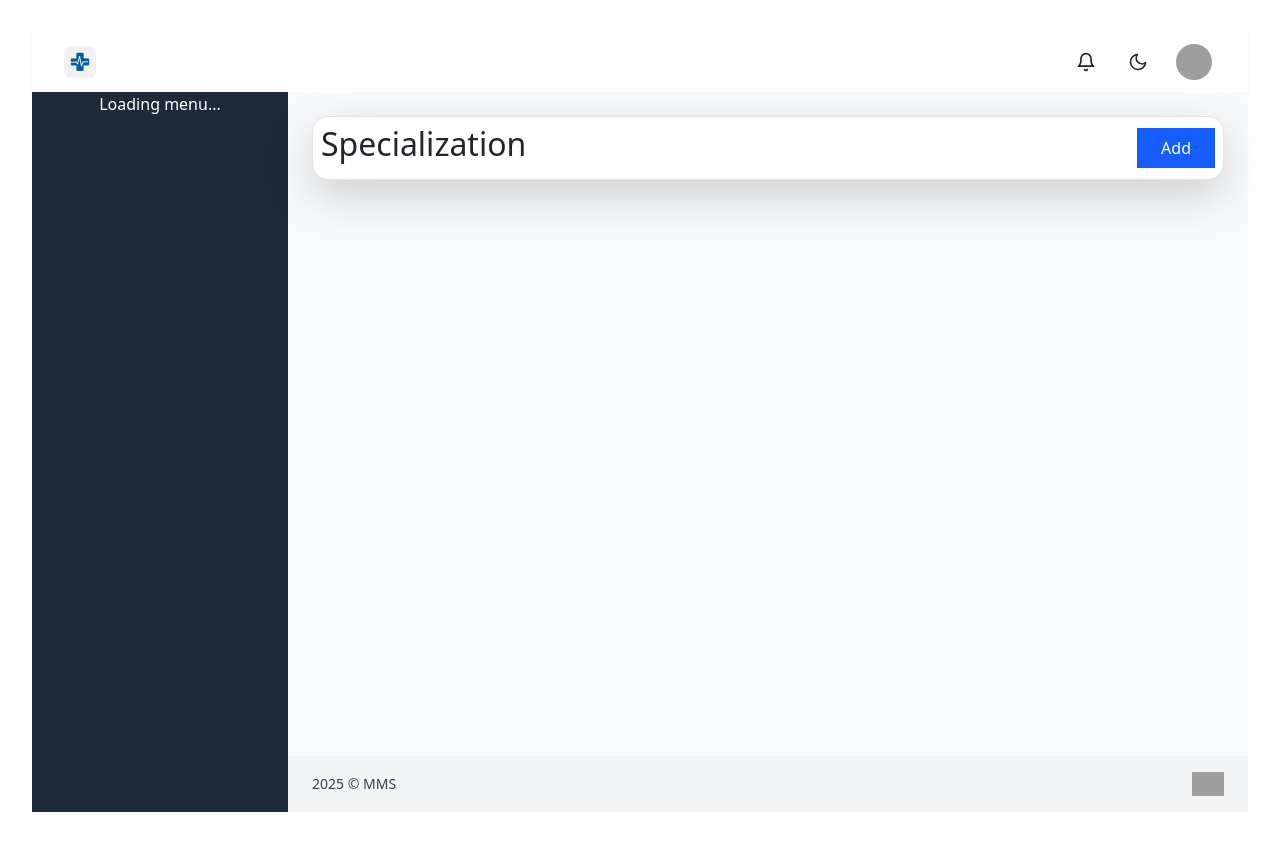
Repository: Giri1103r/Medical_Management_System
Page: /specialization/add (app in my-app/)
An editor plug-in stored every save of this project. The page is shown before and after the next save, followed by the edit.
The browser window is 1280 px wide. The pictures show the whole page.
Pictures or frames that could not be fetched are drawn as grey boxes. The page's requests for data from a server got no answer. The project was rebuilt for these pictures with package versions that can differ from the ones it lists, and the page was loaded fresh each time. No one was signed in, and anything a server would have sent is missing. Also part of the build but not shown: my-app/vite.config.js, my-app/src/Register.jsx, my-app/src/Home.jsx, my-app/src/Login.jsx, my-app/src/layouts/Partial/side_bar.jsx, my-app/src/Dashboard.jsx, my-app/src/api.jsx, my-app/src/Profile.jsx and 2 more.

Above is the page before, as saved 2025-09-19 10:05:03.

### my-app/index.html
<!doctype html>
<html lang="en">
  <head>
    <meta charset="UTF-8" />
    <link rel="icon" type="image/svg+xml" href="" />
    <meta name="viewport" content="width=device-width, initial-scale=1.0" />
  <title>%VITE_APP_NAME%</title>
  </head>
  <body>
    <div id="root"></div>
    <script type="module" src="/src/main.jsx"></script>
  </body>
</html>

### my-app/src/App.jsx
import { BrowserRouter as Router, Routes, Route, NavLink } from "react-router-dom";
import './App.css';
import Register from "./Register";
import Home from "./Home";
import Login from "./Login";
import Dashboard from "./Dashboard";
import Profile from "./Profile";
import { UserProvider } from "./context/UserContext";
import { MasterdataProvider } from "./context/MasterdataContext";
import Leftmenuadd from "./admin/leftmenu/Leftmenuadd";
import SpecializationAdd from "./admin/specialization/SpecializationAdd";
import SpecializationList from "./admin/specialization/SpecializationList";





function App() {
  return (
    <UserProvider>
      <MasterdataProvider>

          <Router>

            <div className="">
              <Routes>

                <Route path="/register" element={<Register />} />
                <Route path="/" element={<Login />} />
                <Route path="/dashboard" element={<Dashboard />} />
                <Route path="/profile" element={<Profile />}></Route>
                <Route path="/leftmenu" element={<Leftmenuadd />}></Route>
                <Route path="/specialization/add" element={<SpecializationAdd/>} />
                <Route path="/specialization" element={<SpecializationList/>} />
              </Routes>
            </div>
          </Router>

      </MasterdataProvider>
    </UserProvider>

  );
}

export default App;

### my-app/src/context/UserContext.jsx
import React, { createContext, useState, useEffect } from "react";
import { jwtDecode } from "jwt-decode";// fixed import for Vite

export const UserContext = createContext();

export const UserProvider = ({ children }) => {
  const [user, setUser] = useState(null);

  useEffect(() => {
    const token = localStorage.getItem("token");
    if (token) {
      try {
        const decoded = JSON.parse(atob(token.split('.')[1]));
        const userId = decoded.id;

        fetch(`/users/${userId}`, {
          headers: { Authorization: `Bearer ${token}` },
        })
          .then(res => res.json())
          .then(data => setUser(data))
          .catch(err => {
            console.error("Failed to fetch user details", err);
            setUser(null);
          });

      } catch (error) {
        console.error("Invalid token", error);
        setUser(null);
      }
    }
  }, []);


  return (
    <UserContext.Provider value={{ user, setUser }}>
      {children}
    </UserContext.Provider>
  );
};

### my-app/src/context/MasterdataContext.jsx
// src/context/MasterdataContext.jsx
import React, { createContext, useState } from "react";
import axios from "axios";

// Only declare once
export const MasterdataContext = createContext();

export const MasterdataProvider = ({ children }) => {
  const [data, setData] = useState({});
  const [loading, setLoading] = useState({});

  const fetchData = async (key, url) => {
    setLoading(prev => ({ ...prev, [key]: true }));
    try {
      const res = await axios.get(url);
      setData(prev => ({ ...prev, [key]: res.data }));
    } catch (err) {
      console.error(`Error fetching ${key}:`, err);
      setData(prev => ({ ...prev, [key]: [] }));
    } finally {
      setLoading(prev => ({ ...prev, [key]: false }));
    }
  };

  return (
    <MasterdataContext.Provider value={{ data, loading, fetchData }}>
      {children}
    </MasterdataContext.Provider>
  );
};

### my-app/src/admin/specialization/SpecializationAdd.jsx
import React from 'react'
import AdminLayout from '../../layouts/adminLayout';
import { useNavigate } from 'react-router-dom';
const SpecializationAdd = () => {
  return (
    <AdminLayout>
      <div className="rounded-2xl overflow-hidden shadow-lg bg-white border">
        <div className="p-2 flex items-center justify-between">
          <h2 className="text-sm font-bold text-gray-800">Specialization</h2>
          <button
            onClick={() => navigate('/specialization')}
            className="px-4 py-2 bg-blue-600 text-white rounded-lg hover:bg-red-700"
          >
            Add
          </button>
        </div>
      </div>
    </AdminLayout>
  )
}

export default SpecializationAdd

### my-app/src/layouts/adminLayout.jsx
import React from "react";
import Header from "./Partial/header";
import Footer from "./Partial/footer";
import LeftMenu from "./Partial/left_menu";

const AdminLayout = ({ title, children }) => {
  return (
    <div id="wrapper" className="flex flex-col min-h-screen w-full">

      <Header title={title} />


      <div className="flex flex-grow w-full">

        <aside className="w-64 bg-gray-800 text-white min-h-screen">
          <LeftMenu />
        </aside>


        <main className="flex-grow flex flex-col bg-gray-50">
          <div className="flex-grow p-4">{children}</div>

          {/* Footer at the bottom */}
          <Footer />
        </main>
      </div>
    </div>
  );
};

export default AdminLayout;

### my-app/src/layouts/Partial/header.jsx
// Header.jsx
import React, { useContext, useEffect, useState } from "react";
import { Bell, Menu, LogOut, User,Sun,Moon } from "react-feather";
import { UserContext } from "../../context/UserContext";
import { useNavigate } from "react-router-dom";

const Header = ({ notifications, user, onLogout, title }) => {
  const [unreadCount, setUnreadCount] = useState(null);
  const [darkmode , setDarkmode] = useState(localStorage.getItem("theme")==="dark");

  useEffect(() =>{
    if(darkmode){
      document.documentElement.classList.add("dark");
      localStorage.setItem("theme","dark");
    }else {
      document.documentElement.classList.remove("dark");
      localStorage.setItem("theme", "light");
    }
  },[darkmode]);
  const navigate = useNavigate();
  const { setUser } = useContext(UserContext);

  const markAllRead = () => {
    setUnreadCount(0);
  };

  const OnLogout = () => {
    localStorage.removeItem("token");
    if (setUser) setUser(null);
    navigate("/");
  };

  return (
    <header className="flex items-center justify-between px-4 py-2 shadow-sm bg-white">
      {/* Left: Logo and Title */}
      <div className="flex items-center">
        {/* Mobile menu button */}
        <button className="lg:hidden p-2 mr-2 border rounded bg-gray-100">
          <Menu size={20} />
        </button>

        {/* Logo */}
        <a href="/dashboard" className="flex items-center">
          <img src="/images/logo.png" alt="logo" className="mx-2 h-8 w-8 rounded" />
        </a>

        {/* Page title */}
        <h5 className="ml-3 text-lg font-medium">{title}</h5>
      </div>

      {/* Right: Notifications & Profile */}
      <div className="flex items-center space-x-4">
        {/* Notification */}
        <div className="relative">
          <button
            className="relative p-2 rounded hover:bg-gray-100"
            onClick={markAllRead}
          >
            <Bell size={20} />
            {unreadCount > 0 && (
              <span className="absolute top-0 right-0 inline-flex items-center justify-center px-1.5 py-0.5 text-xs font-bold leading-none text-white bg-red-600 rounded-full transform translate-x-1/2 -translate-y-1/2">
                {unreadCount}
              </span>
            )}
          </button>
          {/* Dropdown menu */}
          <div className="absolute right-0 mt-2 w-72 bg-white border rounded shadow-lg z-50 hidden group-hover:block">
            <div className="px-4 py-2 flex justify-between items-center border-b">
              <span className="font-semibold">Notifications</span>
              {unreadCount > 0 && (
                <span
                  className="text-blue-500 text-sm cursor-pointer"
                  onClick={markAllRead}
                >
                  Mark all read
                </span>
              )}
            </div>
            {/* Optional notifications list */}
            <div className="max-h-60 overflow-y-auto"></div>
            <div className="text-center border-t py-2">
              <a
                href="/notifications"
                className="text-blue-500 text-sm hover:underline"
              >
                View all
              </a>
            </div>
          </div>
        </div>

        {/* For Theme dark and light */}

        <div className="relative">
         <button className="  p-2 rounded hover:bg-gray-100 dark:hover:bg-gray-800" onClick={() => setDarkmode(!darkmode)}
         >
          {darkmode? <Sun size={20} /> : <Moon size={20} />}
         </button>

        </div>

        {/* Profile */}
        <div className="relative group">
          <button className="flex items-center p-1 rounded hover:bg-gray-100">
            <img
              src={user?.avatar || "/logo192.png"}
              alt="avatar"
              className="h-9 w-9 rounded-full mr-2"
            />
          </button>

          {/* Dropdown menu */}
          <div className="absolute right-0 mt-2 w-48 bg-white border rounded shadow-lg z-50 hidden group-hover:block">
            <div className="px-4 py-2 border-b">{user?.name}</div>
            <a
              href="/profile"
              className="flex items-center px-4 py-2 text-gray-700 hover:bg-gray-100"
            >
              <User size={16} className="mr-2" /> My Account
            </a>
            <div className="border-t"></div>
            <button
              onClick={onLogout || OnLogout}
              className="flex items-center w-full px-4 py-2 text-gray-700 hover:bg-gray-100"
            >
              <LogOut size={16} className="mr-2" /> Logout
            </button>
          </div>
        </div>
      </div>
    </header>
  );
};

export default Header;

### my-app/src/layouts/Partial/footer.jsx
import React from "react";

const Footer = () => {
  return (
    <footer className="bg-gray-100 py-3 mt-auto">
      <div className="container mx-auto px-4">
        <div className="flex flex-col md:flex-row justify-between items-center">
          {/* Left Side */}
          <div className="text-gray-700 text-sm">
            {new Date().getFullYear()} &copy; {import.meta.env.VITE_APP_NAME}
          </div>


          <div className="hidden sm:flex items-center space-x-2 text-sm text-gray-600">

            <img
              src="/assets/images/neoehs.svg"
              className="h-6" // 25px approx
              alt=""
            />
          </div>
        </div>
      </div>
    </footer>

  );
};

export default Footer;

### my-app/src/layouts/Partial/left_menu.jsx
import React, { useEffect, useState } from 'react'
import  SidebarMenu from "./side_bar";

const left_menu = () => {
    const [menuData, setMenuData] = useState([]);

    useEffect(() => {
        fetch("http://localhost:5000/api/leftmenus/getmenus")
            .then(response => response.json())
            .then(data => setMenuData(data))
            .catch(error => console.error('Error fetching menu data:', error));
    }, []);

    return (
        <div>
            {menuData.length > 0 ? (
                <SidebarMenu menuData={menuData} />
            ) : (
                <p>Loading menu...</p>
            )}
        </div>
    )
}

export default left_menu

Loaded but not shown: my-app/src/main.jsx (common file); my-app/src/index.css (common file); my-app/src/App.css (common file)

After the next save:
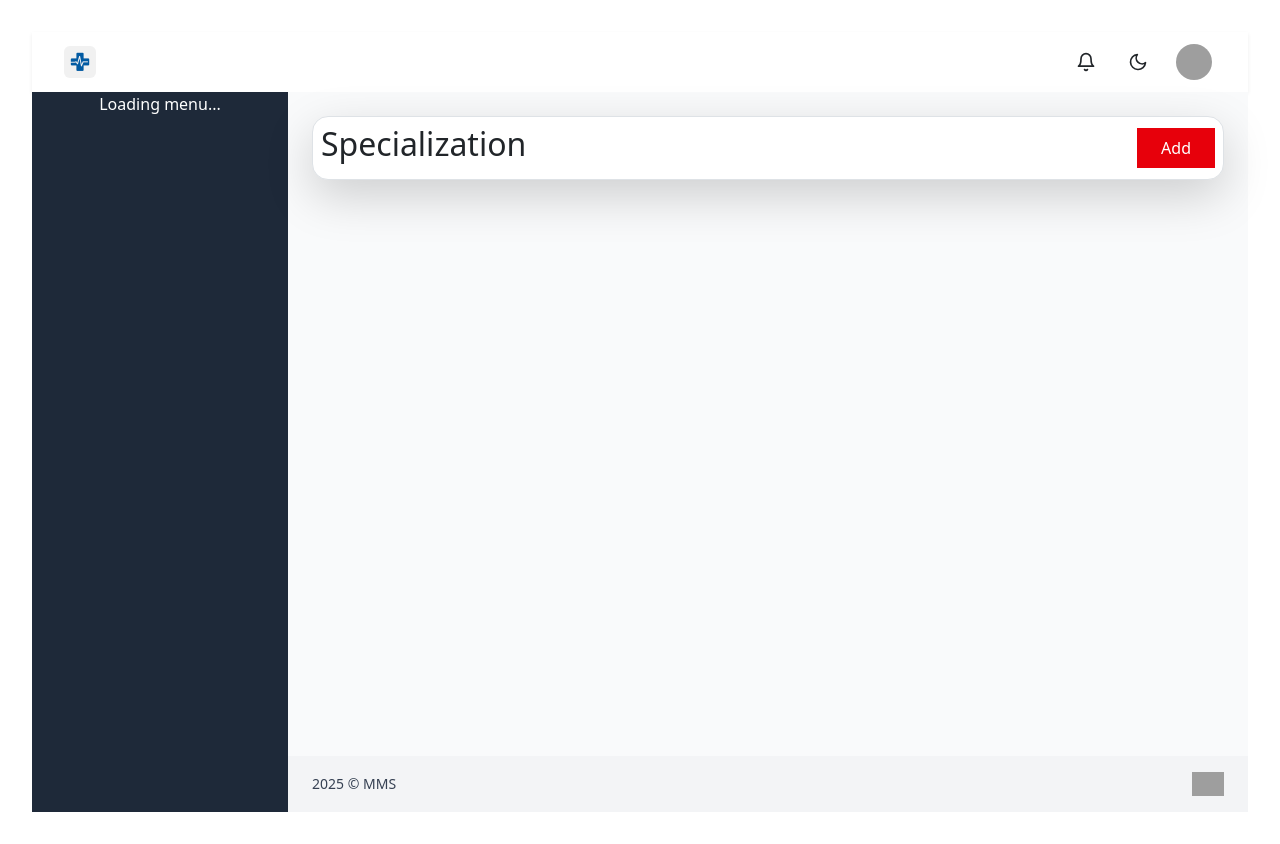
Saved 13 s later.
--- a/my-app/src/admin/specialization/SpecializationAdd.jsx
+++ b/my-app/src/admin/specialization/SpecializationAdd.jsx
@@ -9,7 +9,7 @@ const SpecializationAdd = () => {
           <h2 className="text-sm font-bold text-gray-800">Specialization</h2>
           <button
             onClick={() => navigate('/specialization')}
-            className="px-4 py-2 bg-blue-600 text-white rounded-lg hover:bg-red-700"
+            className="px-4 py-2 bg-red-600 text-white rounded-lg hover:bg-red-700"
           >
             Add
           </button>
